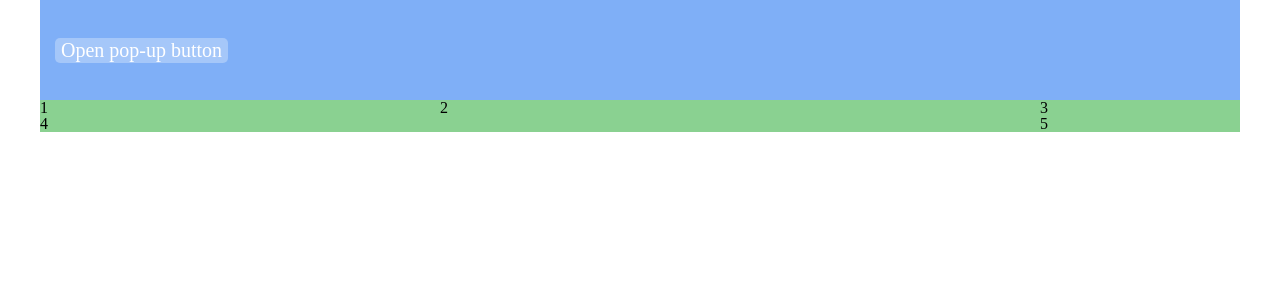
Repository: Evgenius190999999/nodasoft
Page: index.html
An editor plug-in stored every save of this project. The page is shown before and after the next save, followed by the edit.
The browser window is 1280 px wide. The pictures show the whole page.
Some web libraries are served in a nearby version. The style sheet was rebuilt from its Sass, Less or Tailwind sources for each picture, by a compiler version that may differ from the author's.

Above is the page before, as saved 2022-07-08 14:42:26.

After the next save:
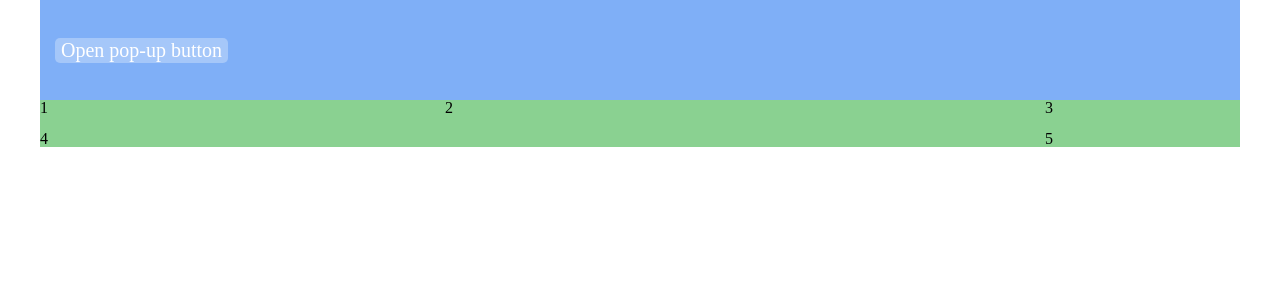
Saved 21 s later.
--- a/style/sass/style.sass
+++ b/style/sass/style.sass
@@ -26,8 +26,8 @@
     display: grid
     grid-template-columns: 2fr 3fr 1fr
     grid-template-rows: repeat(2, 1fr)
-    grid-column-gap: 0px
-    grid-row-gap: 0px
+    grid-column-gap: 15px
+    grid-row-gap: 15px
     background: #8AD191
 
 .div1
